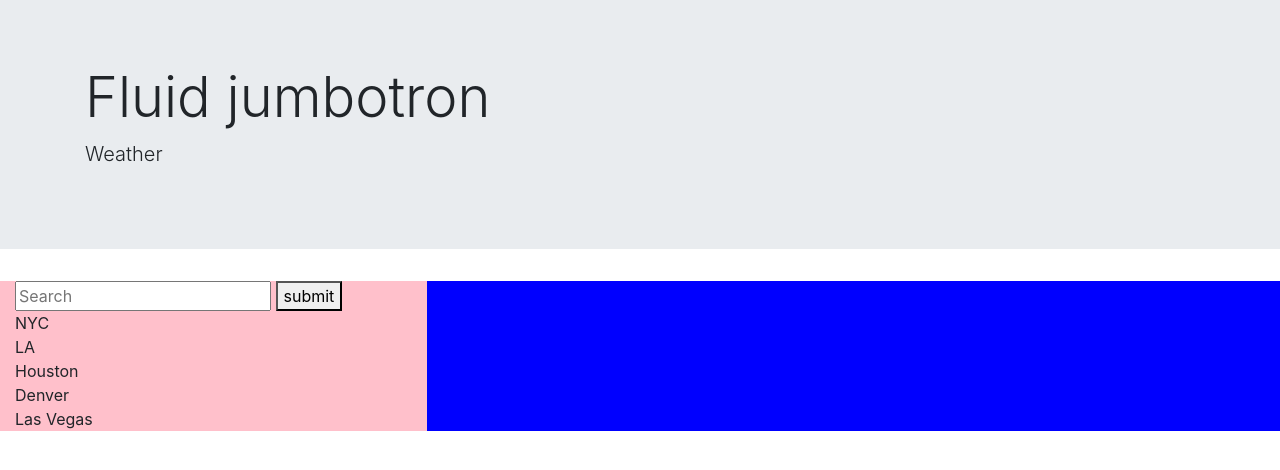
Repository: kkyler24/WeatherBug
Page: index.html
The author's editor kept a copy of each file at every save. The page is drawn from the files as they stood at one save, then again after the next save.
The browser window is 1280 px wide. The pictures show the whole page.
Some web libraries are served in a nearby version.

Above is the page before, as saved 2020-04-14 13:29:16.

### index.html
<!DOCTYPE html>
<html lang="en">

<head>
    <meta charset="UTF-8">
    <meta name="viewport" content="width=device-width, initial-scale=1.0">
    <title>Weather</title>
    <!-- bootstrap -->
    <link rel="stylesheet" href="https://maxcdn.bootstrapcdn.com/bootstrap/4.0.0/css/bootstrap.min.css"
        integrity="sha384-Gn5384xqQ1aoWXA+058RXPxPg6fy4IWvTNh0E263XmFcJlSAwiGgFAW/dAiS6JXm" crossorigin="anonymous">
    <link rel="stylesheet" href="Style.css">
</head>

<body>
    <header>
        <div class="jumbotron jumbotron-fluid">
            <div class="container">
                <h1 class="display-4">Fluid jumbotron</h1>
                <p class="lead">Weather</p>
            </div>
        </div>
    </header>
    <main class="container-fluid">
        <div class="row">
            <div id="leftCol" class="col-md-4" style="background-color:pink">
                <!-- search input -->
                <input type="text" placeholder="Search">
                <button>submit</button>

                <!-- Search history -->
                <div>NYC</div>
                <div>LA</div>
                <div>Houston</div>
                <div>Denver</div>
                <div>Las Vegas</div>
            </div>





            <div id="rightCol" class="col-md-8 " style="background-color:blue"></div>
        </div>





    </main>

    <script src="https://ajax.googleapis.com/ajax/libs/jquery/3.4.1/jquery.min.js"></script>
    <script src="https://cdnjs.cloudflare.com/ajax/libs/popper.js/1.12.9/umd/popper.min.js"
        integrity="sha384-ApNbgh9B+Y1QKtv3Rn7W3mgPxhU9K/ScQsAP7hUibX39j7fakFPskvXusvfa0b4Q"
        crossorigin="anonymous"></script>
    <script src="https://maxcdn.bootstrapcdn.com/bootstrap/4.0.0/js/bootstrap.min.js"
        integrity="sha384-JZR6Spejh4U02d8jOt6vLEHfe/JQGiRRSQQxSfFWpi1MquVdAyjUar5+76PVCmYl"
        crossorigin="anonymous"></script>
</body>

</html>

Loaded but not shown: Style.css (empty)

After the next save:
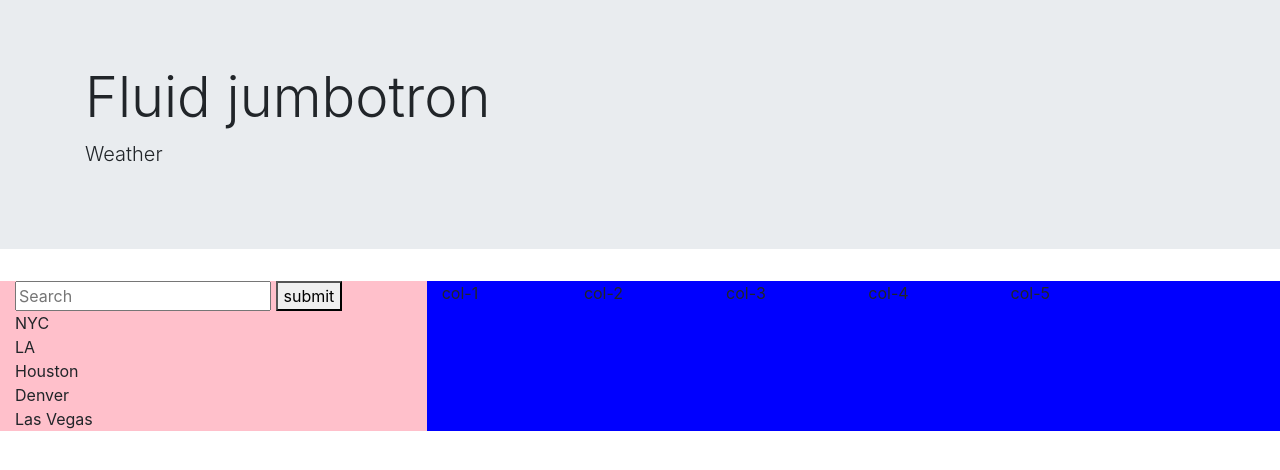
Saved 4 min 27 s later.
--- a/index.html
+++ b/index.html
@@ -34,12 +34,20 @@
                 <div>Denver</div>
                 <div>Las Vegas</div>
             </div>
+<!-- right side column -->
+            <div id="rightCol" class="col-md-8 " style="background-color:blue">
+                <div class="row"></div>
+                <div class="row">
+                    <div class="col-sm-2">col-1</div>
+                    <div class="col-sm-2">col-2</div>
+                    <div class="col-sm-2">col-3</div>
+                    <div class="col-sm-2">col-4</div>
+                    <div class="col-sm-2">col-5</div>
+                </div>
 
 
 
-
-
-            <div id="rightCol" class="col-md-8 " style="background-color:blue"></div>
+            </div>
         </div>
 
 
